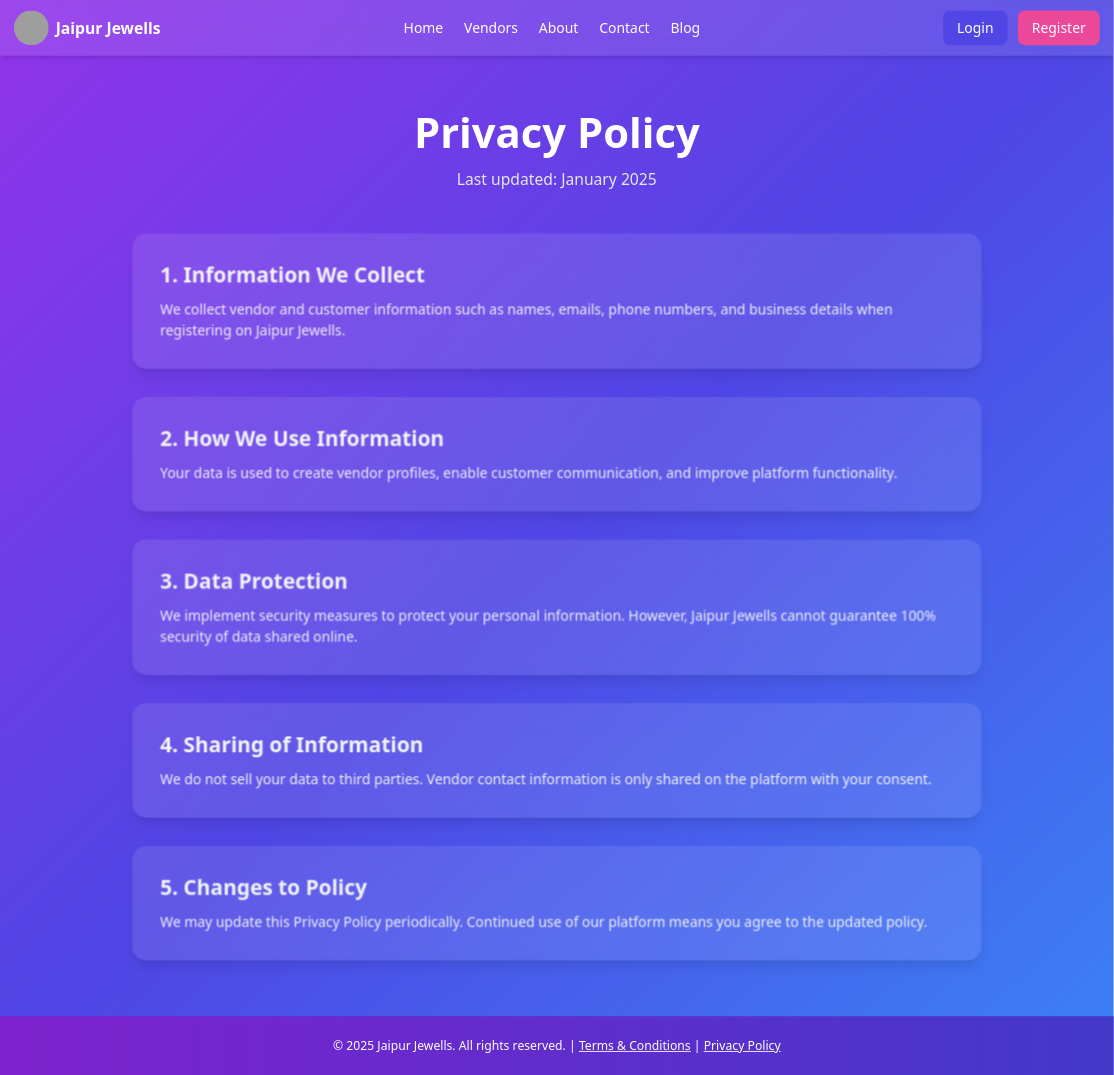
Repository: aayushtailor/VendorConnect
Page: privacy.html
An editor plug-in stored every save of this project. The page is shown before and after a run of saves, followed by the edit.
The browser window is 1280 px wide. The pictures show the whole page, at 87% of full size.
Pictures or frames that could not be fetched are drawn as grey boxes. Some web libraries are served in a nearby version.

Above is the page before, as saved 2025-09-20 12:04:22.

### privacy.html
<!doctype html>
<html lang="en">
<head>
  <meta charset="utf-8" />
  <meta name="viewport" content="width=device-width, initial-scale=1" />
  <title>Privacy Policy — Jaipur Jewells</title>
  <script src="https://cdn.tailwindcss.com"></script>
</head>
<body class="bg-gradient-to-br from-purple-600 via-indigo-600 to-blue-500 text-white">

  <!-- Navbar -->
<nav class="fixed top-0 left-0 w-full z-50 bg-white/10 backdrop-blur-md shadow-md">
  <div class="max-w-7xl mx-auto px-4 py-3 flex justify-between items-center">
    <!-- Logo -->
    <div class="flex items-center gap-2">
      <img src="logo.png" alt="Logo" class="w-10 h-10 rounded-full">
      <span class="font-bold text-lg text-white">Jaipur Jewells</span>
    </div>

    <!-- Desktop Links -->
    <div class="hidden md:flex items-center gap-6 text-white font-medium">
      <a href="index.html" class="hover:text-pink-300">Home</a>
      <a href="index.html#vendorsGrid" class="hover:text-pink-300">Vendors</a>
      <a href="about.html" class="hover:text-pink-300">About</a>
      <a href="contact.html" class="hover:text-pink-300">Contact</a>
      <a href="blog.html" class="hover:text-pink-300">Blog</a>
    </div>

    <!-- CTA -->
    <div class="flex items-center gap-3">
      <a href="login.html" class="hidden md:block px-4 py-2 bg-indigo-600 text-white rounded-lg hover:bg-indigo-700">Login</a>
      <a href="register.html" class="hidden md:block px-4 py-2 bg-pink-500 text-white rounded-lg hover:bg-pink-600">Register</a>
      <!-- Hamburger for Mobile -->
      <button id="menuBtn" class="md:hidden flex flex-col gap-1">
        <span class="w-6 h-0.5 bg-white"></span>
        <span class="w-6 h-0.5 bg-white"></span>
        <span class="w-6 h-0.5 bg-white"></span>
      </button>
    </div>
  </div>
</nav>

<!-- Mobile Menu -->
<div id="mobileMenu" class="fixed inset-0 bg-black/70 backdrop-blur-md z-40 hidden">
  <div class="absolute top-0 right-0 w-64 h-full bg-white/90 text-gray-900 shadow-lg p-6 flex flex-col">
    <button id="closeMenu" class="self-end mb-6 text-2xl font-bold text-gray-700">&times;</button>
    <a href="index.html" class="mb-4 text-lg font-semibold hover:text-pink-500">Home</a>
    <a href="index.html#vendorsGrid" class="mb-4 text-lg font-semibold hover:text-pink-500">Vendors</a>
    <a href="about.html" class="mb-4 text-lg font-semibold hover:text-pink-500">About</a>
    <a href="contact.html" class="mb-4 text-lg font-semibold hover:text-pink-500">Contact</a>
    <a href="blog.html" class="mb-6 text-lg font-semibold hover:text-pink-500">Blog</a>
    <a href="login.html" class="mb-3 px-4 py-2 bg-indigo-600 text-white rounded-lg text-center hover:bg-indigo-700">Login</a>
    <a href="register.html" class="px-4 py-2 bg-pink-500 text-white rounded-lg text-center hover:bg-pink-600">Register</a>
  </div>
</div>


  <!-- Hero -->
  <section class="pt-32 pb-12 text-center px-6 max-w-4xl mx-auto">
    <h1 class="text-4xl md:text-5xl font-extrabold mb-4">Privacy Policy</h1>
    <p class="text-lg text-gray-200">Last updated: January 2025</p>
  </section>

  <!-- Content -->
  <section class="max-w-5xl mx-auto px-6 pb-16 space-y-8 text-gray-100">
    <div class="bg-white/10 backdrop-blur-lg p-8 rounded-2xl shadow-lg">
      <h2 class="text-2xl font-bold mb-3">1. Information We Collect</h2>
      <p>We collect vendor and customer information such as names, emails, phone numbers, and business details when registering on Jaipur Jewells.</p>
    </div>

    <div class="bg-white/10 backdrop-blur-lg p-8 rounded-2xl shadow-lg">
      <h2 class="text-2xl font-bold mb-3">2. How We Use Information</h2>
      <p>Your data is used to create vendor profiles, enable customer communication, and improve platform functionality.</p>
    </div>

    <div class="bg-white/10 backdrop-blur-lg p-8 rounded-2xl shadow-lg">
      <h2 class="text-2xl font-bold mb-3">3. Data Protection</h2>
      <p>We implement security measures to protect your personal information. However, Jaipur Jewells cannot guarantee 100% security of data shared online.</p>
    </div>

    <div class="bg-white/10 backdrop-blur-lg p-8 rounded-2xl shadow-lg">
      <h2 class="text-2xl font-bold mb-3">4. Sharing of Information</h2>
      <p>We do not sell your data to third parties. Vendor contact information is only shared on the platform with your consent.</p>
    </div>

    <div class="bg-white/10 backdrop-blur-lg p-8 rounded-2xl shadow-lg">
      <h2 class="text-2xl font-bold mb-3">5. Changes to Policy</h2>
      <p>We may update this Privacy Policy periodically. Continued use of our platform means you agree to the updated policy.</p>
    </div>
  </section>

 <!-- Footer -->
<footer class="bg-gradient-to-r from-purple-700 to-indigo-700 text-center py-6">
  <p class="text-sm">
    &copy; 2025 Jaipur Jewells. All rights reserved. |
    <a href="terms.html" class="underline hover:text-yellow-300">Terms & Conditions</a> |
    <a href="privacy.html" class="underline hover:text-yellow-300">Privacy Policy</a>
  </p>
</footer>

</body>
</html>

After the next 3 saves:
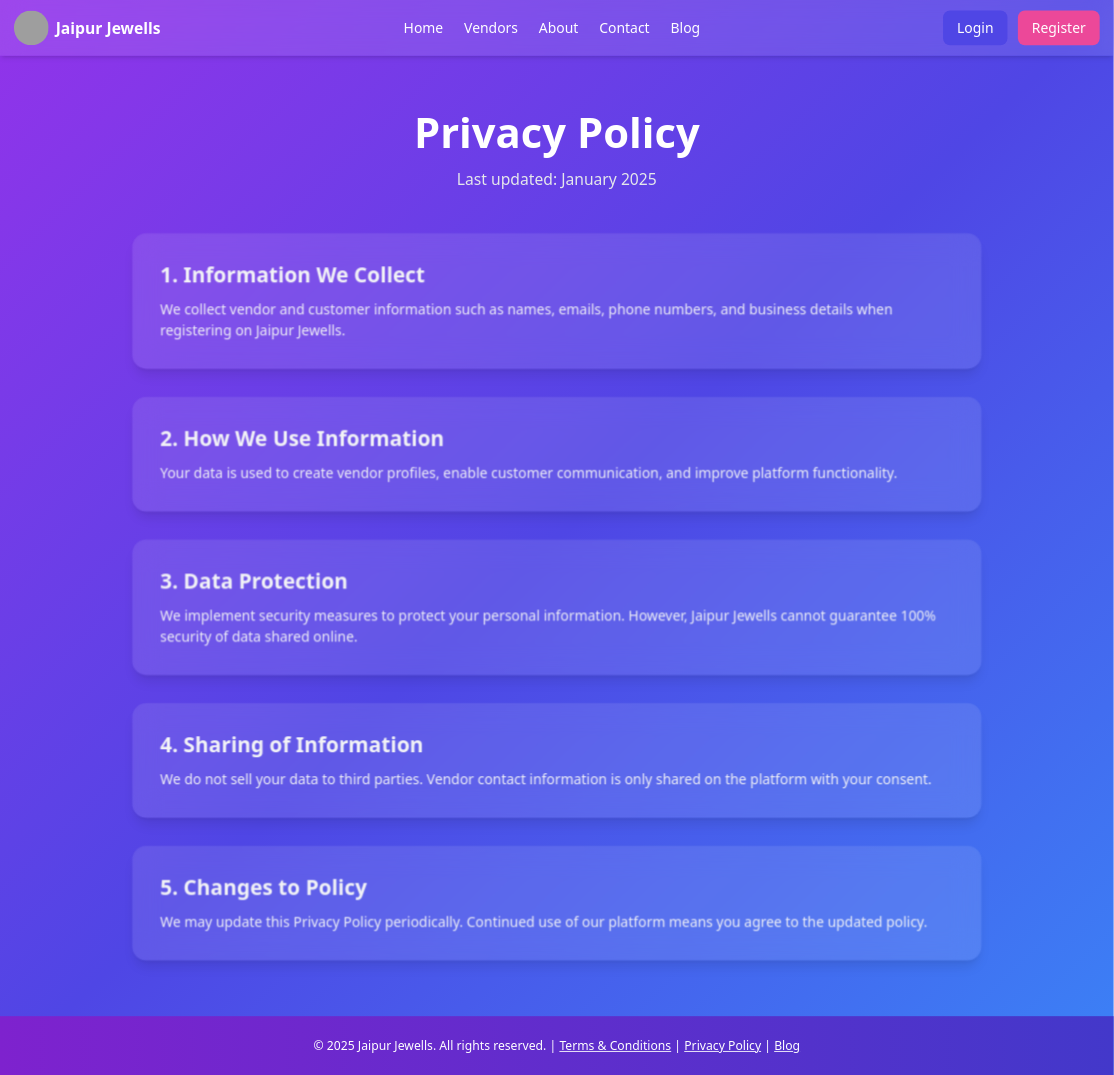
The 3 saves are shown as one change because they came seconds apart.
The last was saved 9 s later.
--- a/privacy.html
+++ b/privacy.html
@@ -94,9 +94,11 @@
   <p class="text-sm">
     &copy; 2025 Jaipur Jewells. All rights reserved. |
     <a href="terms.html" class="underline hover:text-yellow-300">Terms & Conditions</a> |
-    <a href="privacy.html" class="underline hover:text-yellow-300">Privacy Policy</a>
+    <a href="privacy.html" class="underline hover:text-yellow-300">Privacy Policy</a> |
+    <a href="blog.html" class="underline hover:text-yellow-300">Blog</a>
   </p>
 </footer>
 
+
 </body>
 </html>
